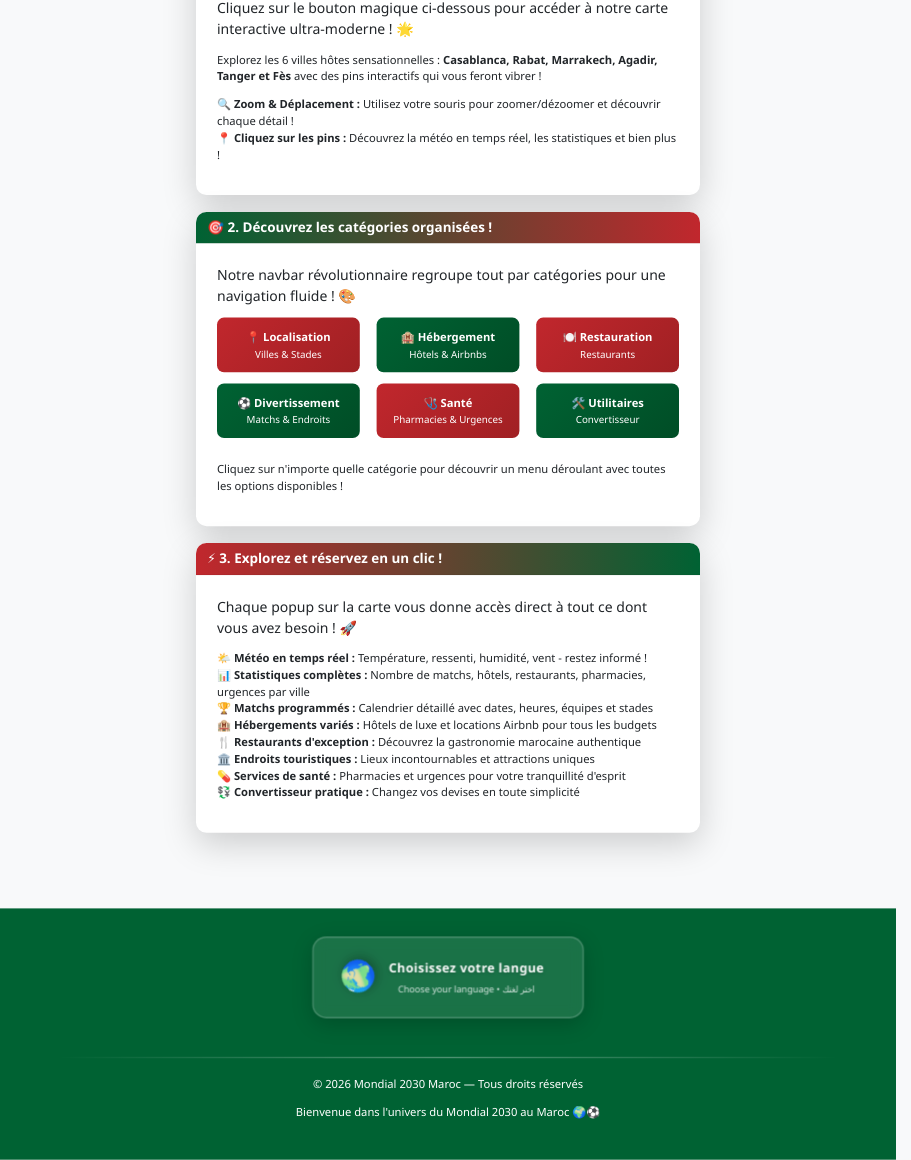
Repository: syrine120/Mondial-2030-Maroc
Page: http://localhost/guide
The author's editor kept a copy of each file at every save. The page is drawn from the files as they stood at one save, then again after the next save.
The browser window is 1280 px wide. The page is 1302 px wide, so the pictures cover 1302 px, including what lies to the right of the window. The pictures show the part of the page from y = 714 to 2594 px (the page is 2371 px tall before and 2594 px after), at 70% of full size.
The page is served by the project's Laravel application, run on PHP 8.4 with Laravel 12.

Above is the page before, as saved 2026-01-05 21:46:43.

After the next save:
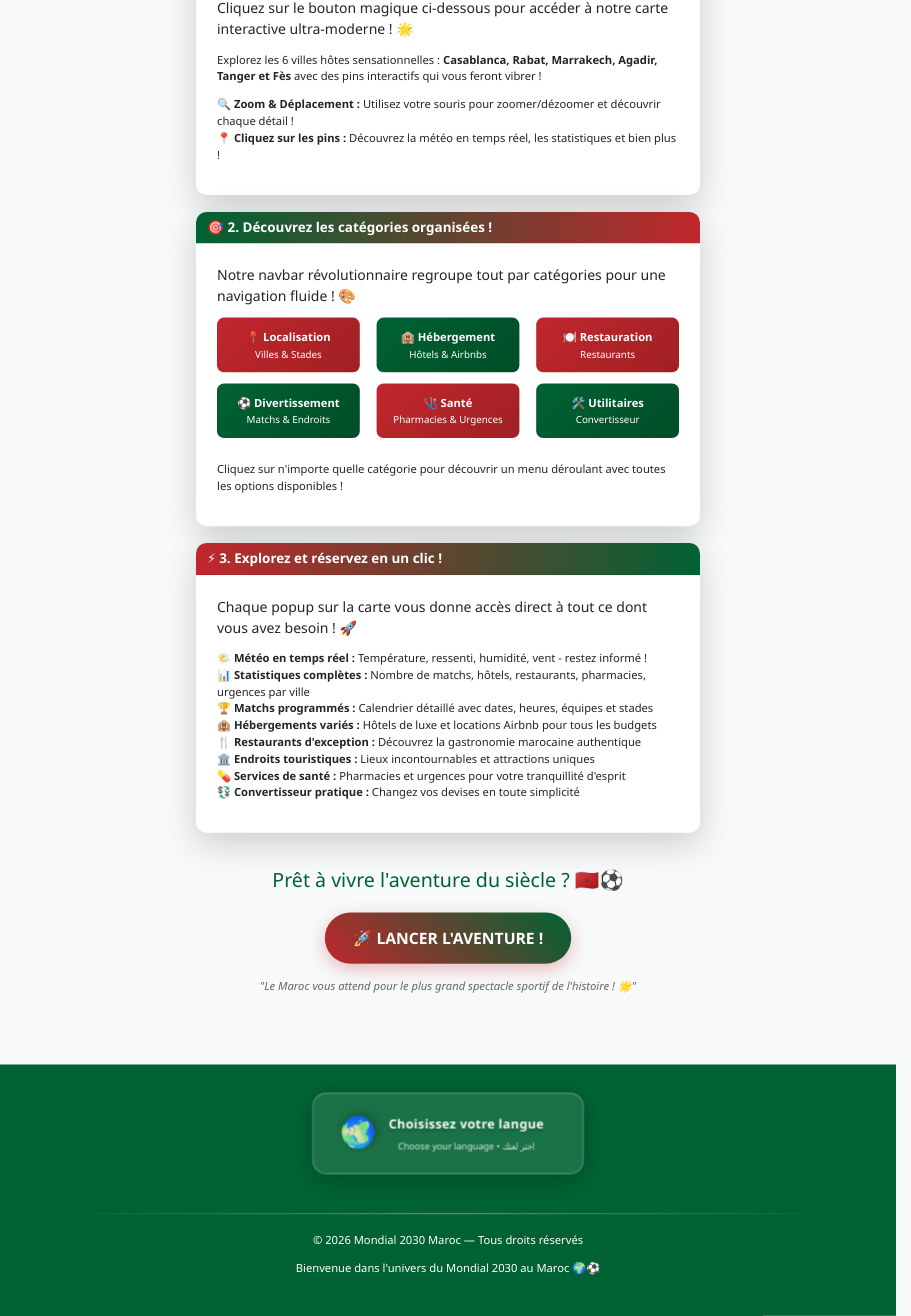
Saved 17 min 29 s later.
--- a/resources/views/guide.blade.php
+++ b/resources/views/guide.blade.php
@@ -90,6 +90,13 @@
         </div>
       </div>
 
+      <div class="text-center" style="margin-top: 50px;">
+        <h3 style="color: #006233; margin-bottom: 30px;">Prêt à vivre l'aventure du siècle ? 🇲🇦⚽</h3>
+        <a href="{{ route('home') }}" class="btn btn-lg" style="background: linear-gradient(45deg, #c1272d, #006233); color: white; border: none; padding: 20px 40px; font-size: 1.4rem; font-weight: bold; border-radius: 50px; box-shadow: 0 8px 25px rgba(193, 39, 45, 0.3); text-decoration: none; transition: all 0.3s ease;">
+          🚀 LANCER L'AVENTURE !
+        </a>
+        <p style="margin-top: 20px; color: #666; font-style: italic;">"Le Maroc vous attend pour le plus grand spectacle sportif de l'histoire ! 🌟"</p>
+      </div>
 
     </div>
   </div>
